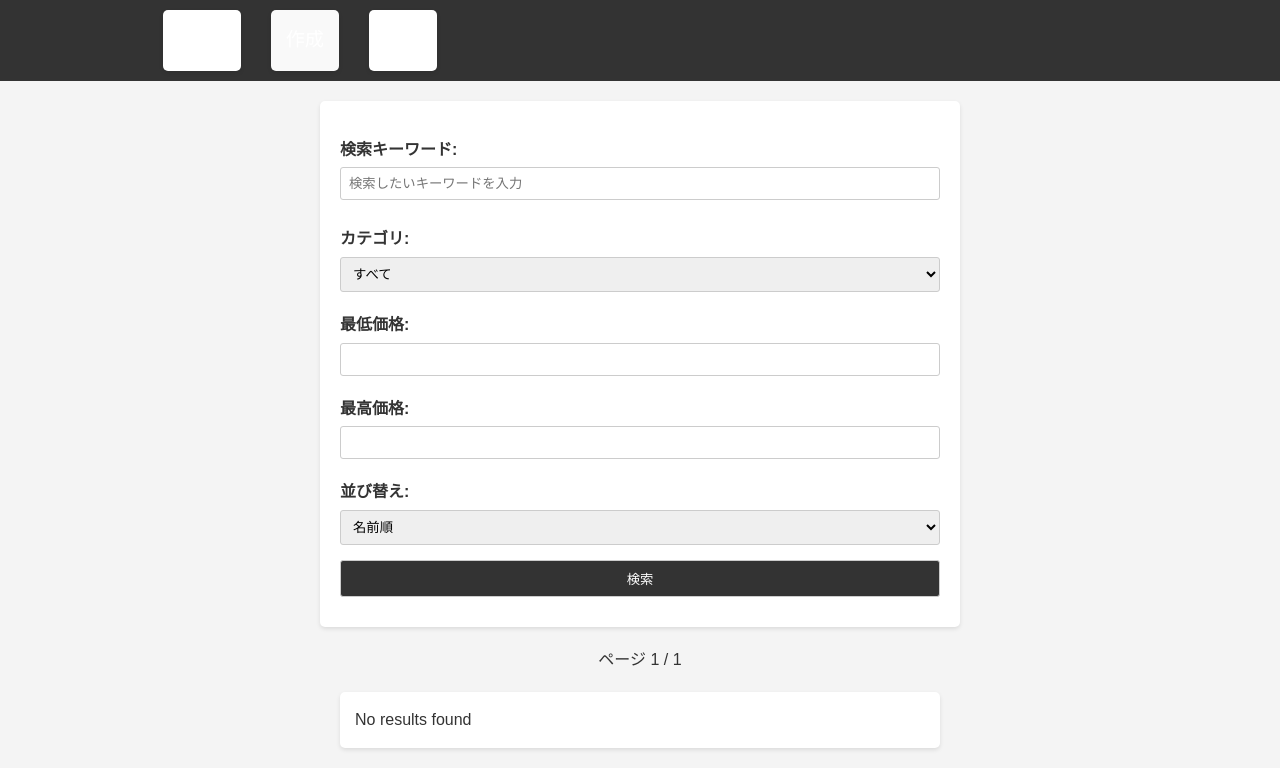
Repository: mamesuke7274/2024_kouki_kuwayamasyoutarou
Page: http://localhost/
The author's editor kept a copy of each file at every save. The page is drawn from the files as they stood at one save, then again after a run of saves.
The browser window is 1280 px wide. The pictures show the whole page.
The page is served by the project's application, run on Django 4.2 (manage.py). Queries for data that is not in the repository find no rows.

Above is the page before, as saved 2024-10-23 14:34:20.

After the next 4 saves:
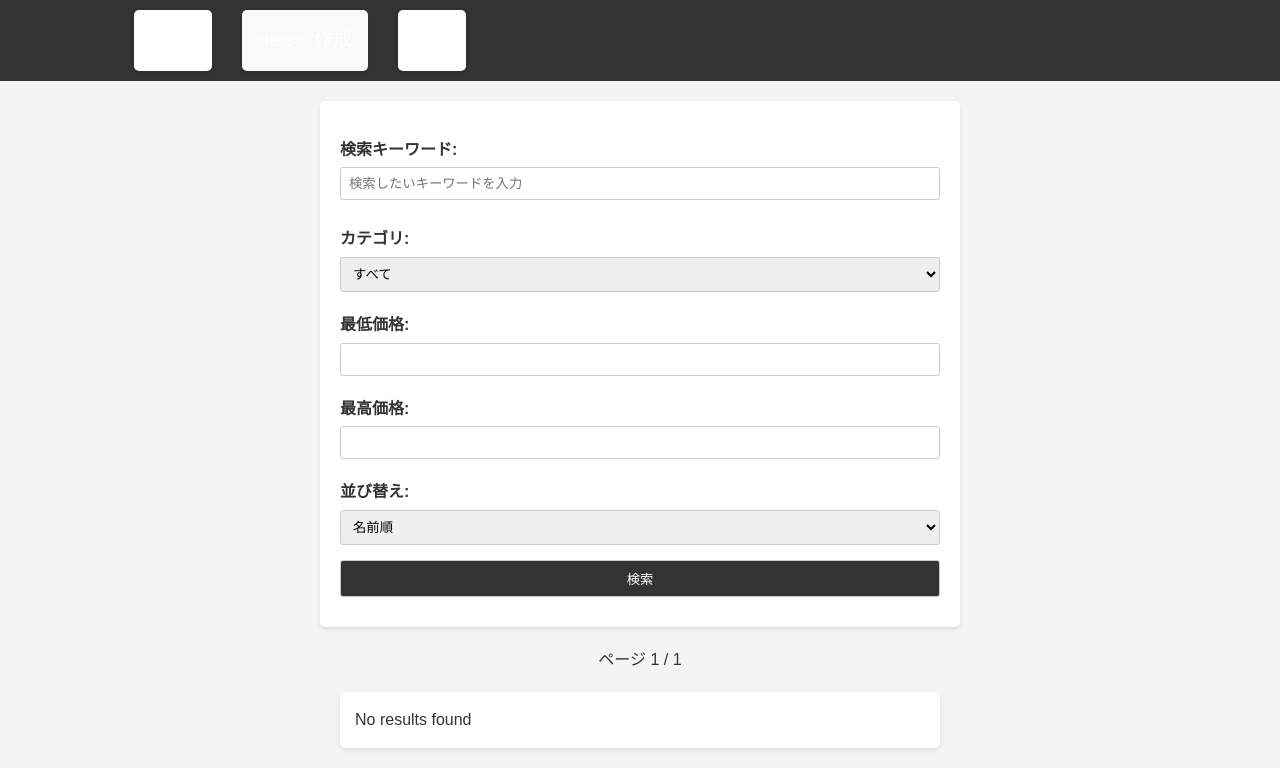
The 4 saves are shown as one change because they came seconds apart.
The last was saved 12 s later.
--- a/search_app/templates/search.html
+++ b/search_app/templates/search.html
@@ -141,7 +141,7 @@
         <nav>
             <ul>
                 <li class="nave"><a href="{% url 'search_view' %}">home</a></li>
-                <li><a href="{% url 'product_create' %}">作成</a></li>
+                <li>class=""<a href="{% url 'product_create' %}">作成</a></li>
                 <li><a href="{% url 'product_list' %}">一覧</a></li>
             </ul>
         </nav>

After the save that followed:
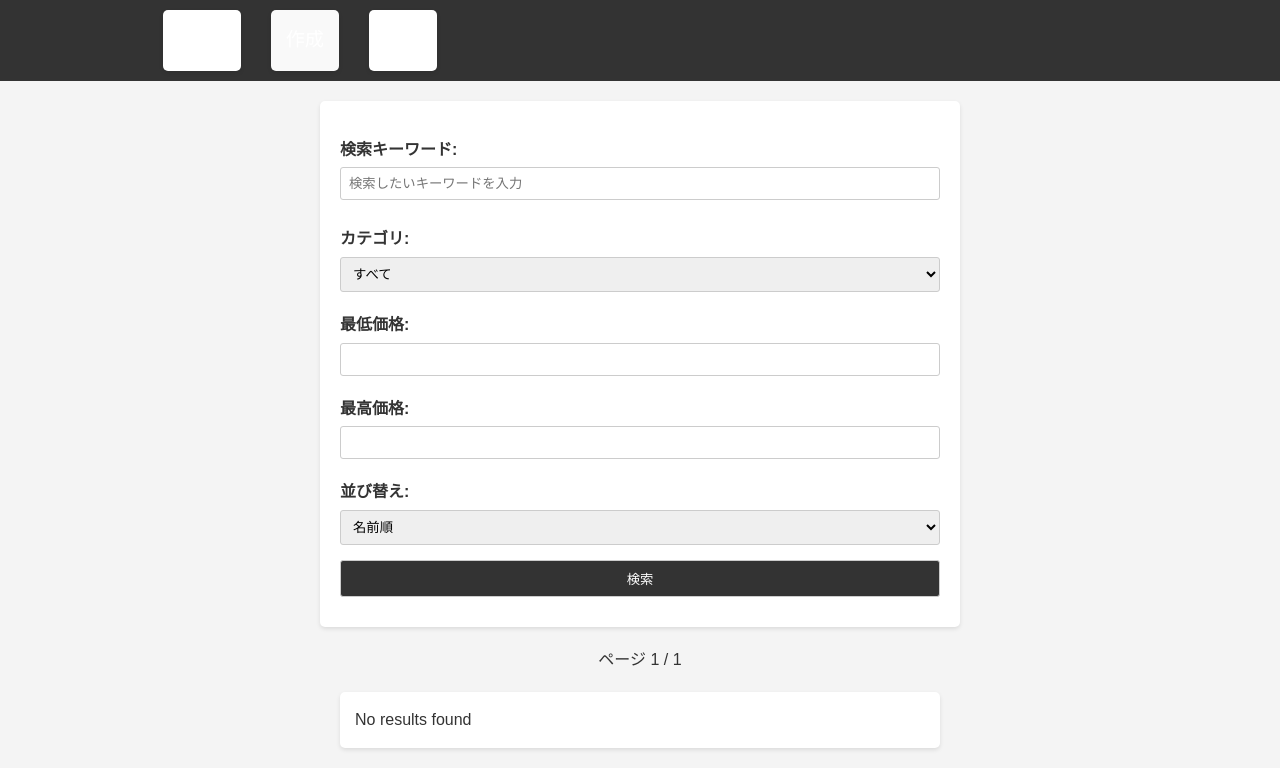
Saved 6 s later.
--- a/search_app/templates/search.html
+++ b/search_app/templates/search.html
@@ -141,7 +141,7 @@
         <nav>
             <ul>
                 <li class="nave"><a href="{% url 'search_view' %}">home</a></li>
-                <li>class=""<a href="{% url 'product_create' %}">作成</a></li>
+                <li class=""><a href="{% url 'product_create' %}">作成</a></li>
                 <li><a href="{% url 'product_list' %}">一覧</a></li>
             </ul>
         </nav>
